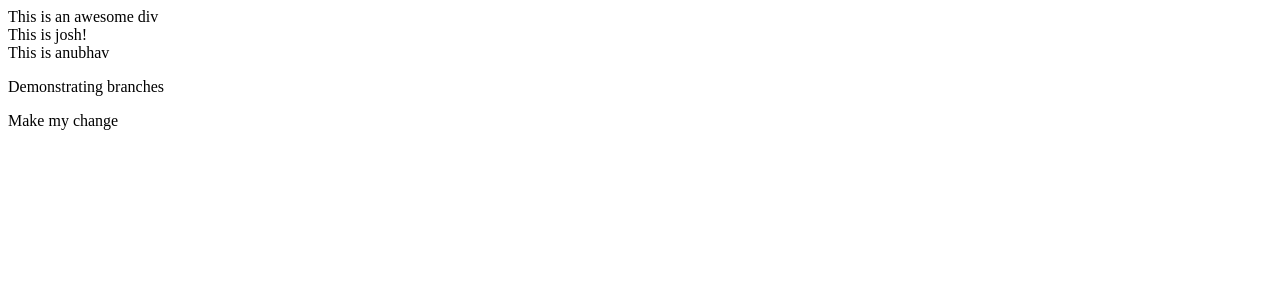
Repository: camelCaseStyle/git-demo
Page: index.html
An editor plug-in stored every save of this project. The page is shown before and after the next save, followed by the edit.
The browser window is 1280 px wide. The pictures show the whole page.

Above is the page before, as saved 2023-04-06 17:05:34.

### index.html
<!DOCTYPE html>
<html lang="en">
<head>
    <meta charset="UTF-8">
    <meta http-equiv="X-UA-Compatible" content="IE=edge">
    <meta name="viewport" content="width=device-width, initial-scale=1.0">
    <title>Document</title>
</head>
<body>
 <div>This is an awesome div</div>
 <div>This is josh!</div>
 <div>This is anubhav</div>
 <p>Demonstrating branches</p>
 <p>Make my change</p>
</body>
</html>

After the next save:
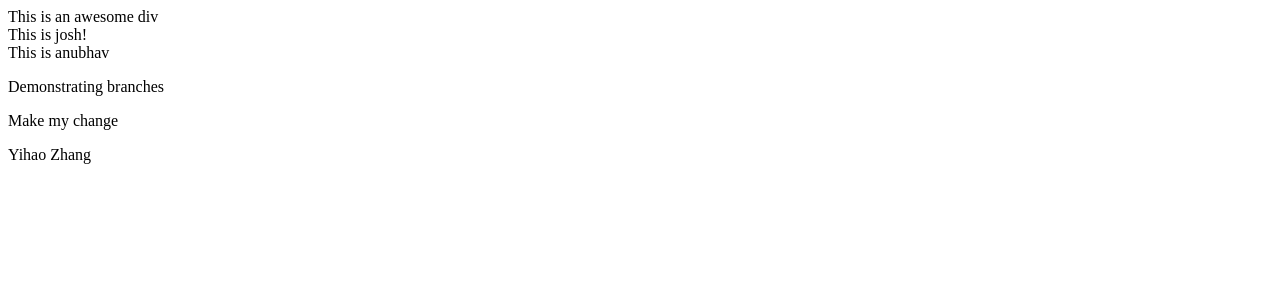
Saved 27 s later.
--- a/index.html
+++ b/index.html
@@ -12,5 +12,6 @@
  <div>This is anubhav</div>
  <p>Demonstrating branches</p>
  <p>Make my change</p>
+ <p>Yihao Zhang</p>
 </body>
 </html>
